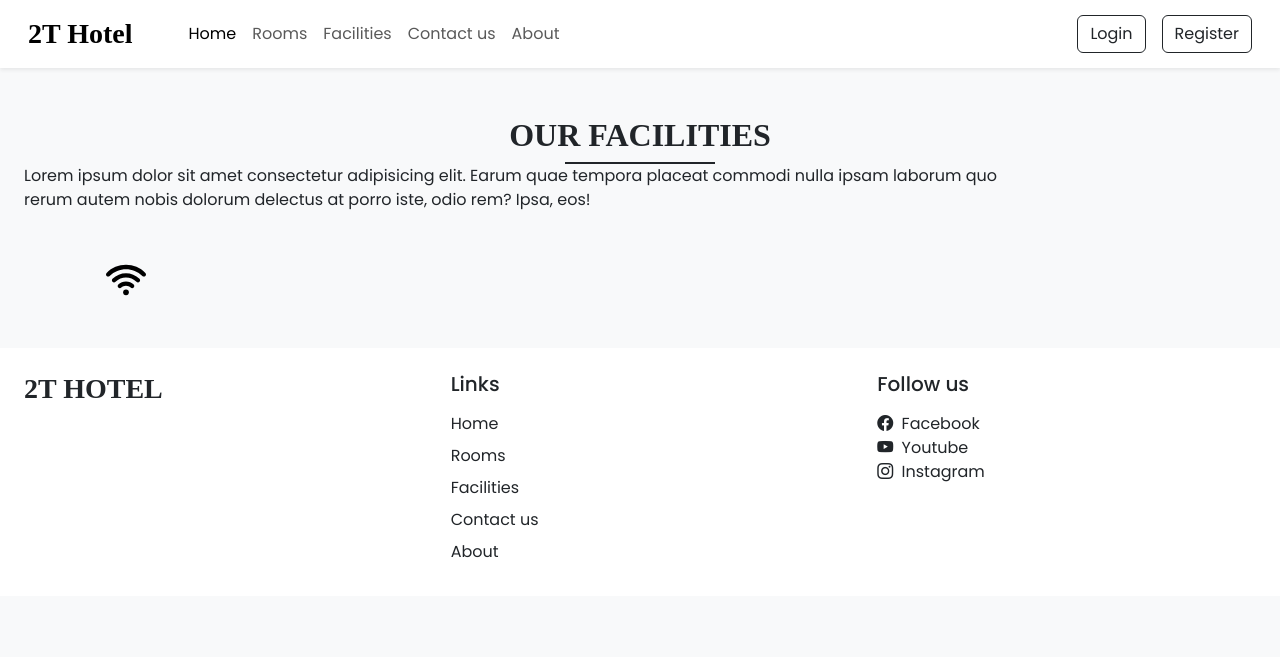
Repository: ntruong0906/desktop-tutorial
Page: http://localhost/facilities.php
These files come from the project's save history. The page is drawn as it stood at one moment and after the next save; the edit follows.
The browser window is 1280 px wide. The pictures show the whole page.
Some web fonts or font styles are not loaded; a fallback is used. The page is run by PHP 8.4 with error messages shown; the project is at /var/www/html/.

Above is the page before, as saved 2024-03-17 16:27:58.

After the next save:
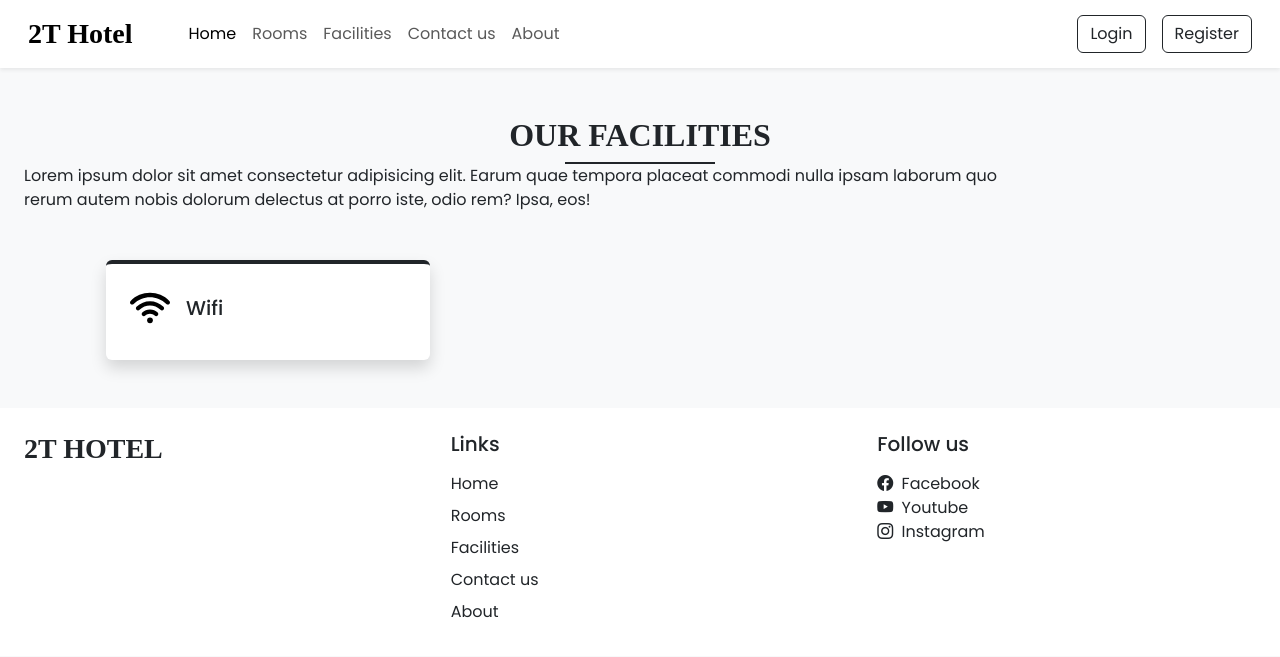
Saved 2 min 25 s later.
--- a/WebsiteBookingHotel/facilities.php
+++ b/WebsiteBookingHotel/facilities.php
@@ -29,8 +29,11 @@
     </div>
     <div class="container">
         <div class="col-lg-4 col-md-6 mb-5 px-4">
-            <div>
-                <img src="images/features/wifi.svg" alt="" width="40px">
+            <div class="bg-white rounded shadow p-4 border-top border-4 border-dark">
+                <div class="d-flex align-items-center mb-2">
+                    <img src="images/features/wifi.svg" alt="" width="40px">
+                    <h5 class="m-0 ms-3">Wifi</h5>
+                </div>
             </div>
 
         </div>
